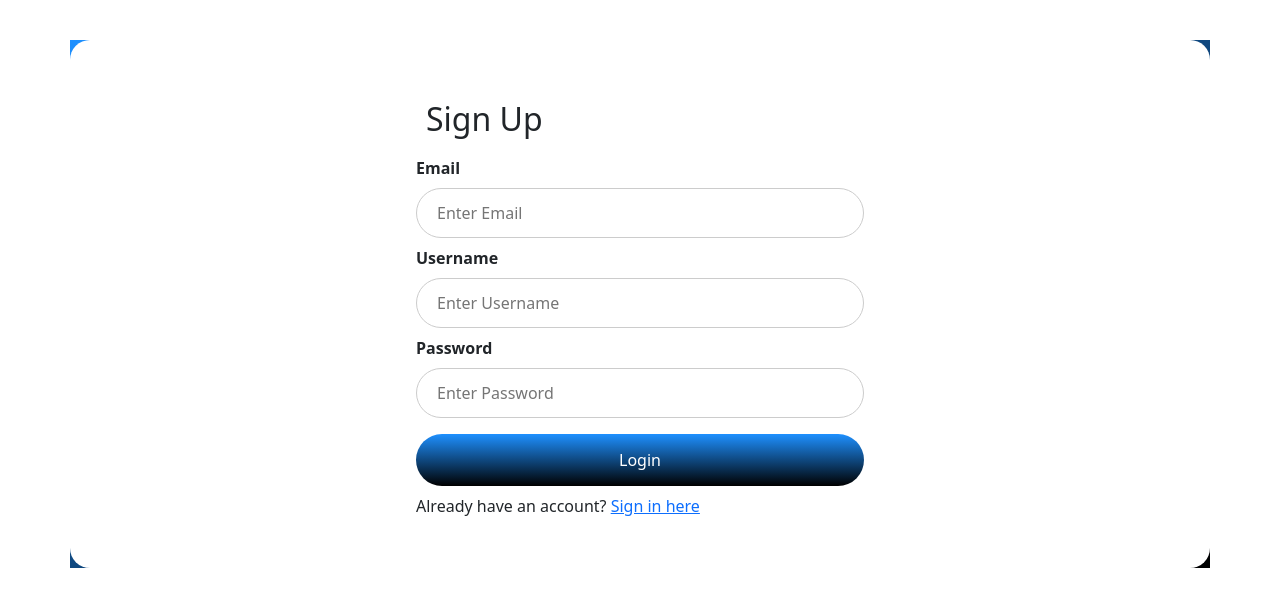
Repository: Sadia-Naveed-Shaikh/JavaScript-Website
Page: SignUp.html
The author's editor kept a copy of each file at every save. The page is drawn from the files as they stood at one save, then again after the next save.
The browser window is 1280 px wide. The pictures show the whole page.

Above is the page before, as saved 2021-10-27 15:41:24.

### SignUp.html
<!DOCTYPE html>
<html>

<head>
    <meta charset="utf-8">
    <meta name="viewport" content="width=device-width, initial-scale=1.0">
    <title>Signup</title>
    <link href="https://cdn.jsdelivr.net/npm/bootstrap@5.1.3/dist/css/bootstrap.min.css" rel="stylesheet"
        integrity="sha384-1BmE4kWBq78iYhFldvKuhfTAU6auU8tT94WrHftjDbrCEXSU1oBoqyl2QvZ6jIW3" crossorigin="anonymous">
    <!-- <link rel="stylesheet" href="assets/css/style.css"> -->


    <style>
        body {
            /* background-color: #20b2aa; */
              /* background-image: linear-gradient(to bottom right, dodgerblue, black); */
        }


        input[type=text],
        input[type=password] {
            width: 100%;
            padding: 12px 20px;
            margin: 8px 0;
            display: inline-block;
            border: 1px solid #ccc;
            box-sizing: border-box;
            border-radius: 30px;
        }

        button {
            background-image: linear-gradient( dodgerblue, black);
            color: white;
            padding: 14px 20px;
            margin: 8px 0;
            border: none;
            cursor: pointer;
            width: 100%;
            border-radius: 30px;
        }

        button:hover {
            opacity: 0.8;
        }

        .row{
            background-color: white;
            border-radius: 20px;
            padding: 50px;
            margin-top:40px;
        }
    </style>
</head>

<body>
    <div class="container" style=" background-image: linear-gradient(to bottom right, dodgerblue, black);" >
            <div class=row>
                <div class="col-sm-3" >
                </div>
                <div class="col-sm-6">
                    <form action="/action_page.php" method="post">
                        <div class="container">
                            <h2 style="padding:10px; justify-content:center; align-items:center">Sign Up</h2>
                            <label for="email"><b>Email</b></label>
                            <input type="text" placeholder="Enter Email" name="email" required>
                            <label for="uname"><b>Username</b></label>
                            <input type="text" placeholder="Enter Username" name="uname" required>
                            <label for="psw"><b>Password</b></label>
                            <input type="password" placeholder="Enter Password" name="psw" required>
                            <button type="submit">Login</button>
                            <label>
                                Already have an account? <a href="login.html">Sign in here</a>

                            </label>
                        </div>
                    </form>
                </div>
            <div class="col-sm-3">
            </div>

        </div>
    </div>
</body>

</html>

After the next save:
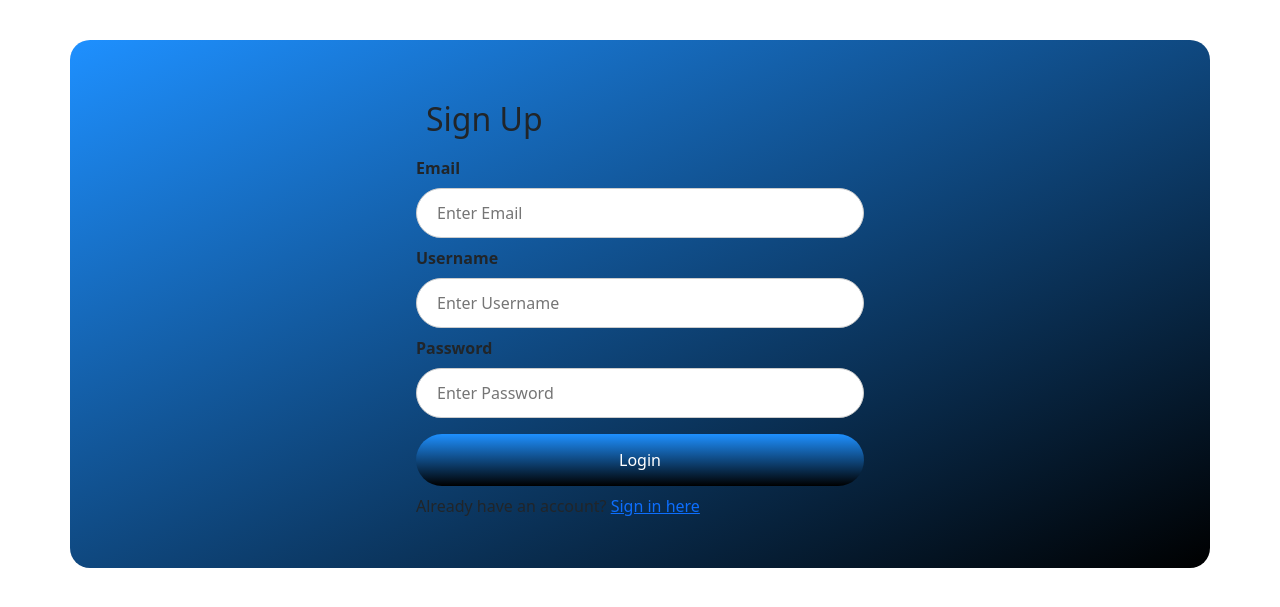
Saved 10 s later.
--- a/SignUp.html
+++ b/SignUp.html
@@ -53,8 +53,8 @@
 </head>
 
 <body>
-    <div class="container" style=" background-image: linear-gradient(to bottom right, dodgerblue, black);" >
-            <div class=row>
+    <div class="container" style="" >
+            <div class=row style=" background-image: linear-gradient(to bottom right, dodgerblue, black);">
                 <div class="col-sm-3" >
                 </div>
                 <div class="col-sm-6">
